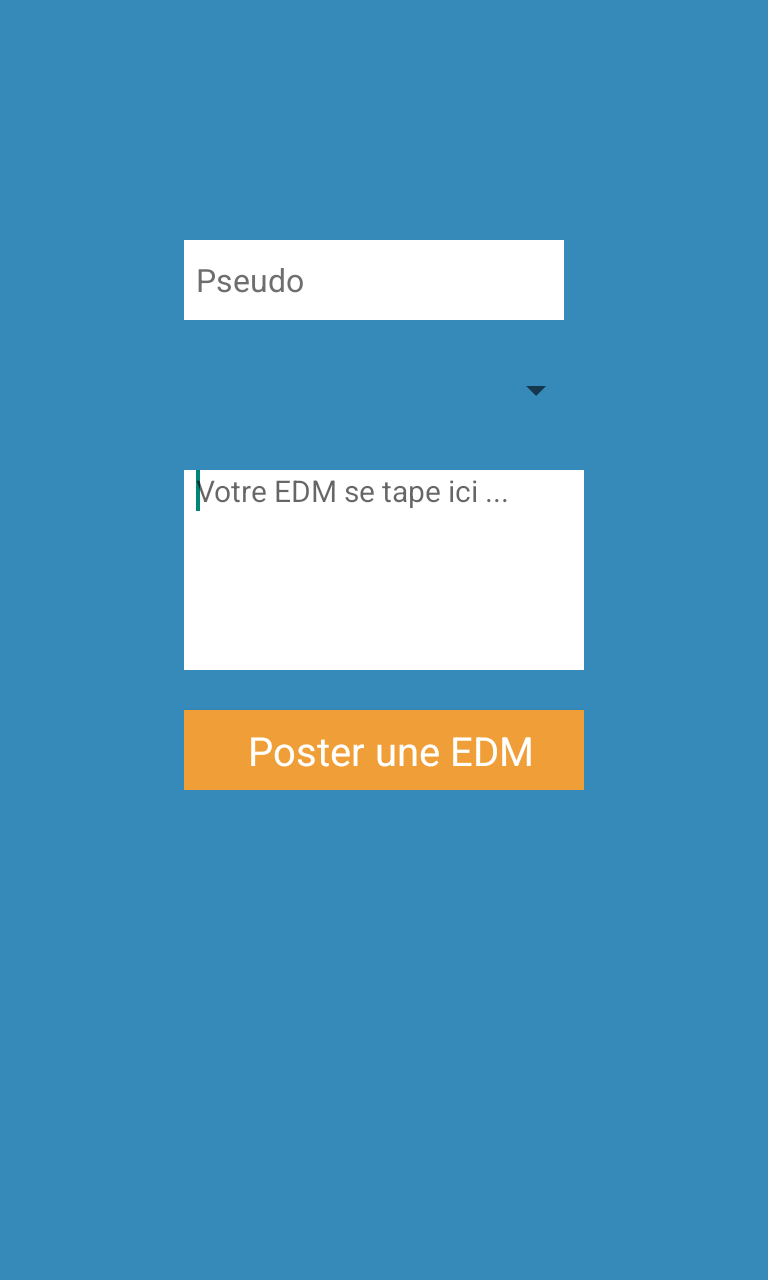
Repository: pierrealexvezinet/excusedemerde
Layout: edm/res/layout/poster_edm_fragment.xml
An editor plug-in stored every save of this project. The layout is shown before and after the next save, followed by the edit.
It is drawn on a 768 x 1280 px phone screen (xhdpi) without system bars, with theme Theme.AppCompat.Light; the app's code is not run.

Above is the layout before, as saved 2014-02-22 15:06:28.

After the next save:
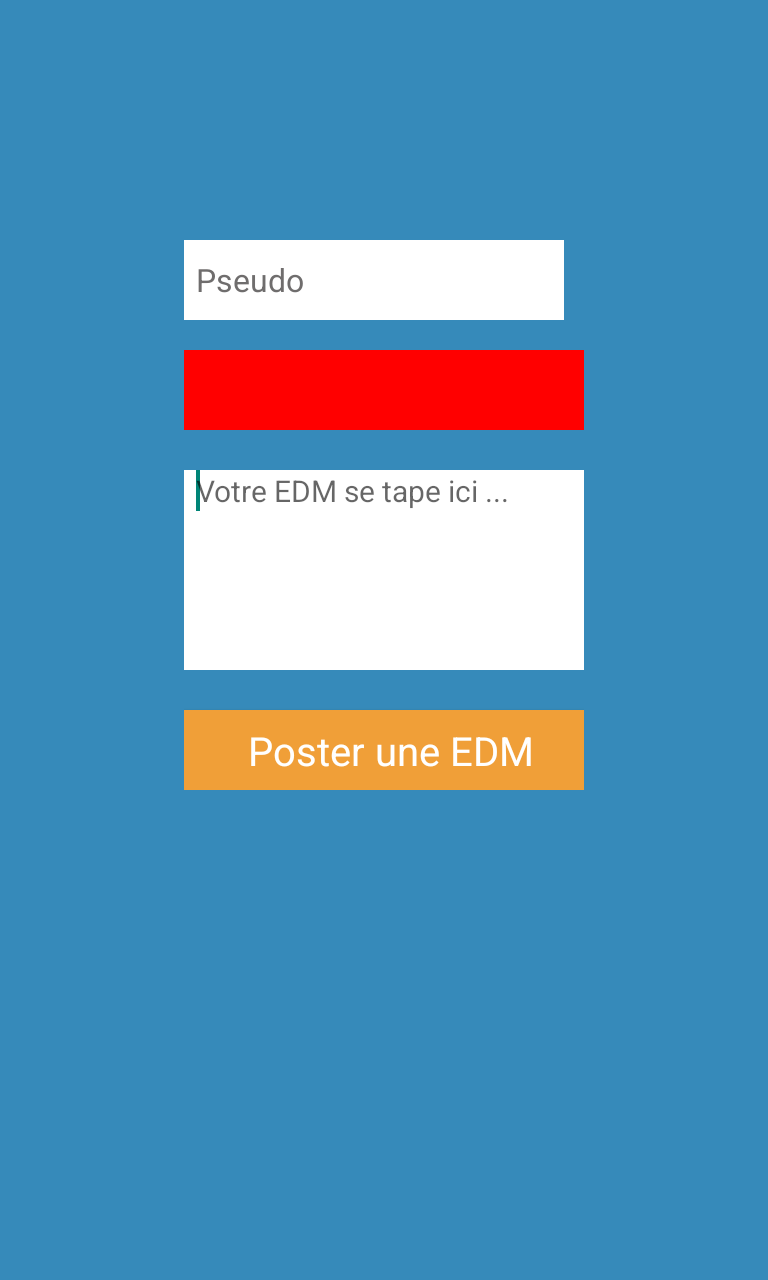
Saved 75 s later.
--- a/edm/res/layout/poster_edm_fragment.xml
+++ b/edm/res/layout/poster_edm_fragment.xml
@@ -51,7 +51,7 @@
                 android:layout_width="match_parent"
                 android:layout_height="40dp"
                 android:layout_marginTop="15dp"
-                />
+                android:background="@color/red" />
 
             <EditText
                 android:id="@+id/et_poster_edm"
